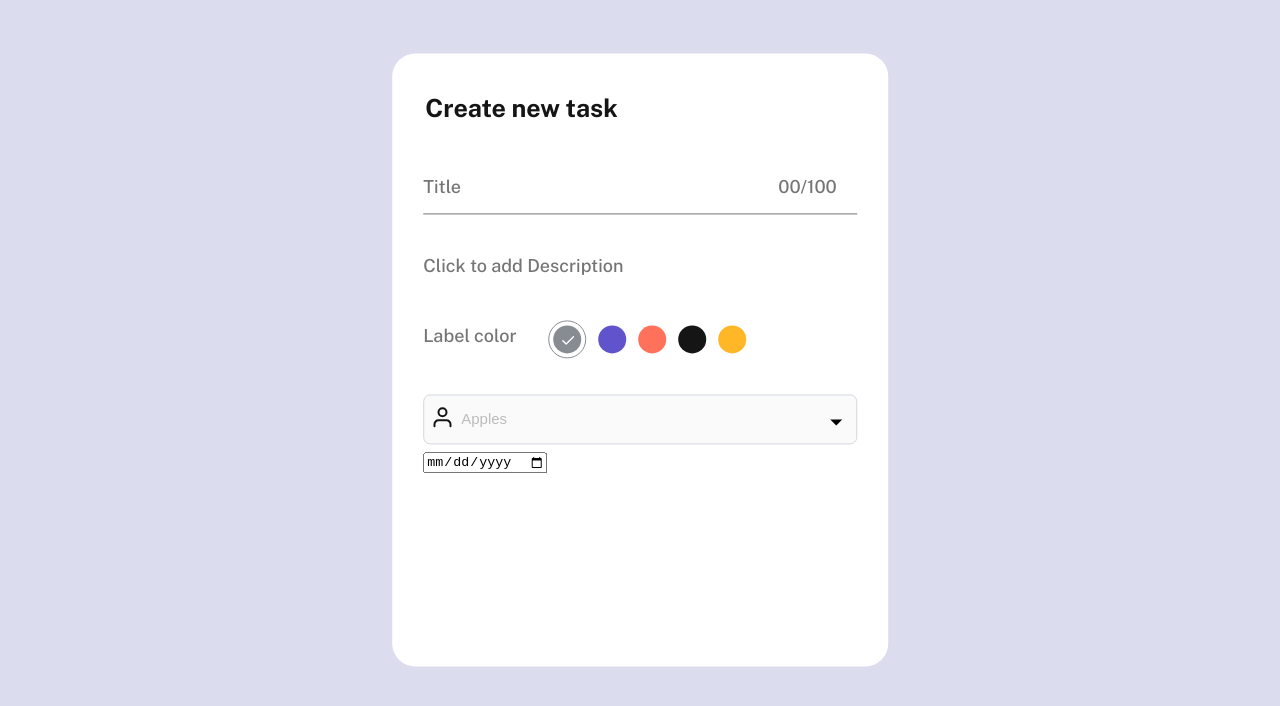
Repository: MorgunovaAlexandra/verstka-form
Page: index.html
The author's editor kept a copy of each file at every save. The page is drawn from the files as they stood at one save, then again after the next save.
The browser window is 1280 px wide. The pictures show the whole page.
The style sheet was rebuilt from its Sass, Less or Tailwind sources for each picture, by a compiler version that may differ from the author's.

Above is the page before, as saved 2022-06-24 14:56:02.

After the next save:
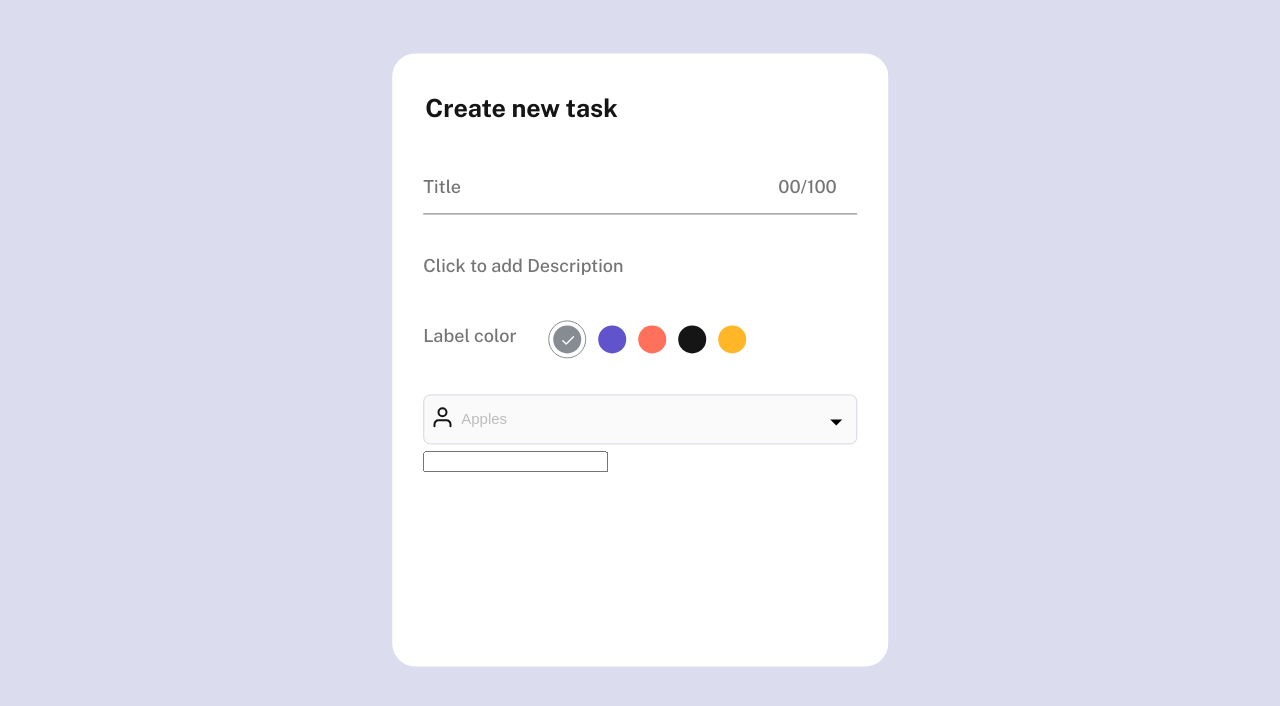
Saved 32 min 28 s later.
--- a/index.html
+++ b/index.html
@@ -45,7 +45,12 @@
                   </div>
               </div>
               <div class="form-field__date">
-                <input type="date">
+                <div class="form-group">
+                    <div class="input-group" id="datetimepicker2">
+                      <input type="text" class="form-control" />
+
+                    </div>
+                  </div>
               </div>
               </div>
            </div>
